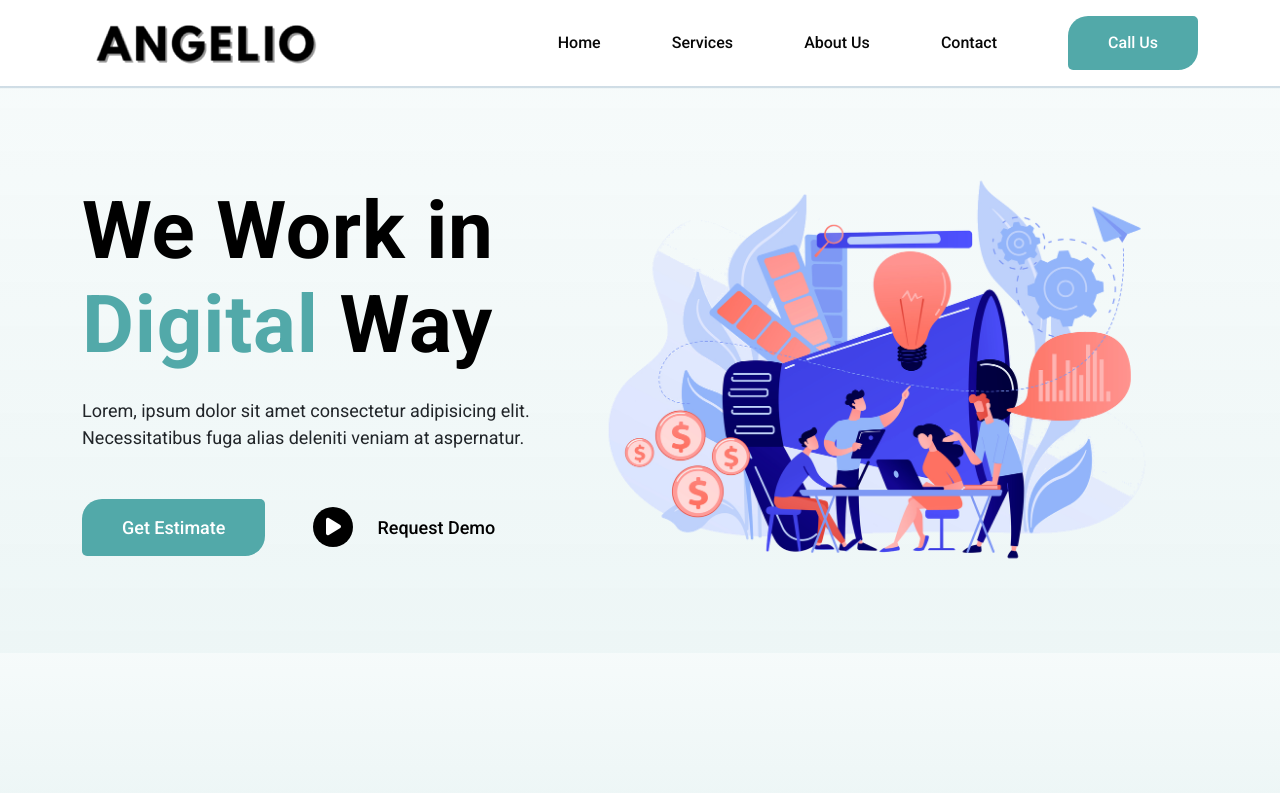
Repository: nazmulalok/landing-page-angelio
Page: index.html
An editor plug-in stored every save of this project. The page is shown before and after the next save, followed by the edit.
The browser window is 1280 px wide. The pictures show the whole page.

Above is the page before, as saved 2022-09-09 22:38:39.

### index.html
<!DOCTYPE html>
<html lang="en">

    <head>
        <meta charset="UTF-8">
        <meta http-equiv="X-UA-Compatible" content="IE=edge">
        <meta name="viewport" content="width=device-width, initial-scale=1.0">
        <title>Landing Page</title>
        <link rel="preconnect" href="https://fonts.googleapis.com">
        <link rel="preconnect" href="https://fonts.gstatic.com" crossorigin>
        <link rel="stylesheet" href="https://cdnjs.cloudflare.com/ajax/libs/font-awesome/6.2.0/css/all.min.css"
            integrity="sha512-xh6O/CkQoPOWDdYTDqeRdPCVd1SpvCA9XXcUnZS2FmJNp1coAFzvtCN9BmamE+4aHK8yyUHUSCcJHgXloTyT2A=="
            crossorigin="anonymous" referrerpolicy="no-referrer" />
        <link
            href="https://fonts.googleapis.com/css2?family=Roboto:ital,wght@0,300;0,400;0,500;0,700;0,900;1,300;1,400;1,500;1,700;1,900&display=swap"
            rel="stylesheet">
        <link href="https://cdn.jsdelivr.net/npm/bootstrap@5.2.0/dist/css/bootstrap.min.css" rel="stylesheet"
            integrity="sha384-gH2yIJqKdNHPEq0n4Mqa/HGKIhSkIHeL5AyhkYV8i59U5AR6csBvApHHNl/vI1Bx" crossorigin="anonymous">
        <link rel="stylesheet" href="style.css">
    </head>

    <body>
        <header>
            <nav>
                <div class="container">
                    <div class="row align-items-center">
                        <div class="col-lg-5">
                            <div class="logo">
                                <a href="/"><img src="images/angelio-logo.png" alt="Angelio Logo" width="250"
                                        height="66"></a>
                            </div>
                        </div>
                        <div class="col-lg-7 d-flex justify-content-end">
                            <ul>
                                <li><a href="/">Home</a></li>
                                <li><a href="/services.html">Services</a></li>
                                <li><a href="/about-us.html">About Us</a></li>
                                <li><a href="/contact.html">Contact</a></li>
                                <li class="nav-cta"><a href="tel:000-000-0000">Call Us</a></li>
                            </ul>
                        </div>
                    </div>
                </div>
            </nav>
        </header>
        <section class="sec-padding banner-sec">
            <div class="container">
                <div class="row align-items-center">
                    <div class="col-lg-7 order-lg-last">
                        <img src="images/angelio-digital-marketing.png" alt="">
                    </div>
                    <div class="col-lg-5">
                        <div class="large-heading">We Work in <span class="color-text">Digital</span> Way</div>
                        <p>Lorem, ipsum dolor sit amet consectetur adipisicing elit. Necessitatibus fuga alias deleniti
                            veniam at aspernatur.</p>
                        <div class="d-flex align-items-center mt-5"><a href="/contact-us" class="main-btn me-5">Get
                                Estimate</a>
                            <a href="/contact-us" class="play-btn"><i class="fas fa-play me-4"></i>Request Demo</a>
                        </div>
                    </div>
                </div>
            </div>
        </section>
        <section class="sec-padding banner-sec">
            <div class="container">
            </div>
        </section>


        <script src="https://cdn.jsdelivr.net/npm/bootstrap@5.2.0/dist/js/bootstrap.bundle.min.js"
            integrity="sha384-A3rJD856KowSb7dwlZdYEkO39Gagi7vIsF0jrRAoQmDKKtQBHUuLZ9AsSv4jD4Xa"
            crossorigin="anonymous"></script>
    </body>

</html>

### style.css
:root {
    --primary-color: #52a9a9;
    --secondary-color: #000000;
    --main-font: 'Roboto', sans-serif;
}

body {
    font-family: var(--main-font);
}

nav {
    padding: 10px 0px;
    box-shadow: 0 1px 1px 1px #14477e2b;
}

nav ul {
    list-style-type: none;
    display: flex;
    justify-content: flex-end;
    margin: 0;
    padding: 0;
    align-items: center;
    gap: 20%;
    white-space: nowrap;
}

nav ul li a {
    color: #080808;
    text-decoration: none;
    display: block;
    position: relative;
    font-weight: 500;
}

nav ul li a:hover {
    color: #52a9a9;
}

li.nav-cta a {
    background: #008080ad;
    padding: 15px 40px;
    color: #fff;
    border-radius: 20px 5px;
    transition: all 0.3s ease;
}

li.nav-cta a:hover {
    background: #000;
    color: #fff;
    border-radius: 5px 20px;
    transition: all 0.3s ease;
}

li.nav-cta a:before {
    content: "";
    width: 0%;
    height: 0px;
    position: absolute;
    left: 0;
    bottom: 0;
    transition: none;
    transform: none;
    background: none;
    transform-origin: 0%;
}

li.nav-cta a:hover:before {
    transform: none;
    transform-origin: 0%;
}

nav ul li a:before {
    content: "";
    width: 100%;
    height: 2px;
    position: absolute;
    left: 0;
    bottom: 0;
    transition: 0.4s transform ease;
    transform: scale3d(0, 1, 1);
    background: #52a9a9;
    transform-origin: 100% 50%;
}

nav ul li a:hover::before {
    transform: scale3d(1, 1, 1);
    transform-origin: 0 50%;
}

.sec-padding {
    padding: 70px 0px;
}

.banner-sec {
    background-image: linear-gradient(rgb(82 169 169 / 5%), rgb(82 169 169 / 10%));
    background-size: cover;
    background-position: center;
}

.banner-sec img {
    width: 100%;
}

.large-heading {
    font-size: 80px;
    color: #000;
    font-weight: 600;
    letter-spacing: 0.8px;
    line-height: normal;
    margin-bottom: 25px;
}

.banner-sec p {
    font-size: 18px;
}

.color-text {
    color: var(--primary-color);
}

a.main-btn {
    color: #fff;
    background: #52a9a9;
    padding: 15px 40px;
    font-weight: 500;
    font-size: 18px;
    text-decoration: none;
    border-radius: 20px 5px;
    transition: all 0.3s ease;
}

a.main-btn:hover {
    background: #000;
    color: #fff;
    border-radius: 5px 20px;
    transition: all 0.3s ease;
}

a.play-btn {
    display: inline-flex;
    align-items: center;
    justify-content: center;
    color: #000;
    text-decoration: none;
    font-weight: 500;
    font-size: 18px;
}

.play-btn .fa-play {
    width: 40px;
    height: 40px;
    color: #fff;
    font-size: 20px;
    background: #000;
    display: inline-flex;
    align-items: center;
    justify-content: center;
    border-radius: 50%;
    transition: all 0.3s ease;
}

.play-btn .fa-play:hover {
    background: #52a9a9;
}

After the next save:
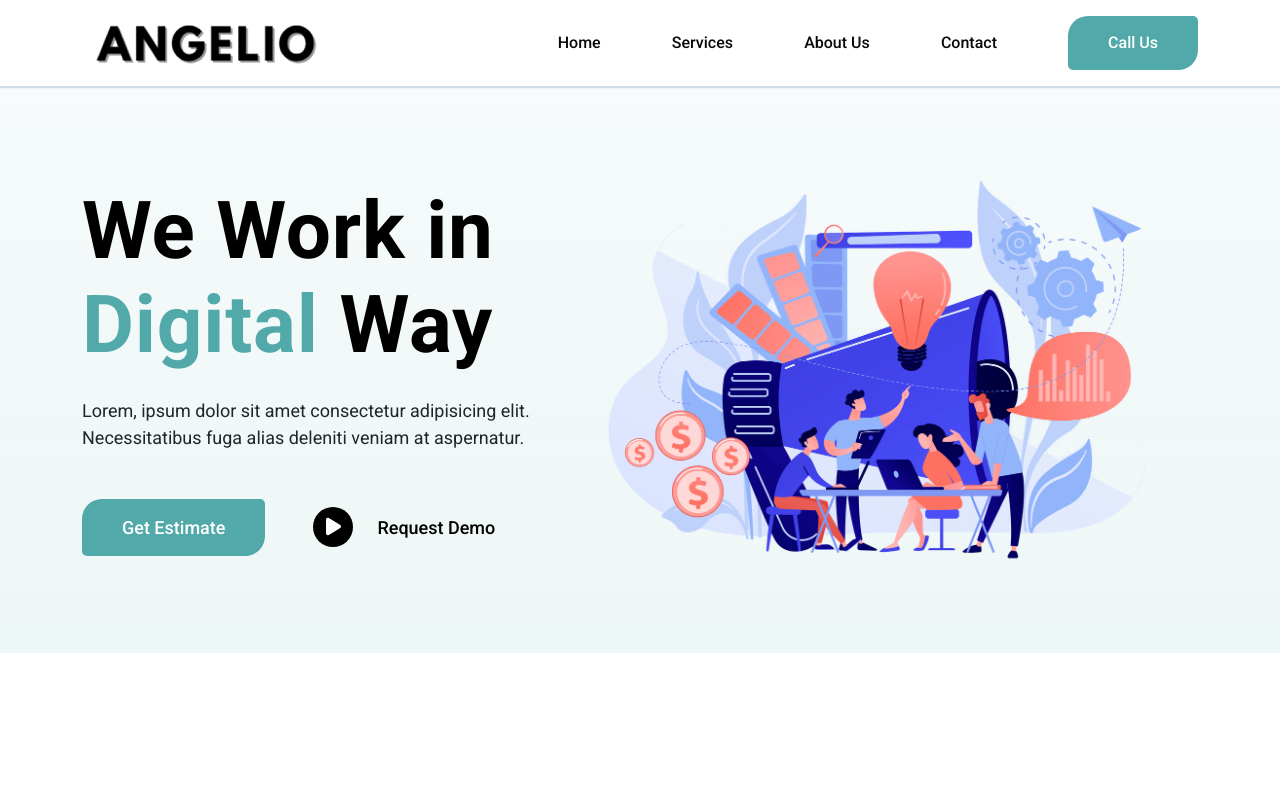
Saved 8 s later.
--- a/index.html
+++ b/index.html
@@ -61,7 +61,7 @@
                 </div>
             </div>
         </section>
-        <section class="sec-padding banner-sec">
+        <section class="sec-padding">
             <div class="container">
             </div>
         </section>
